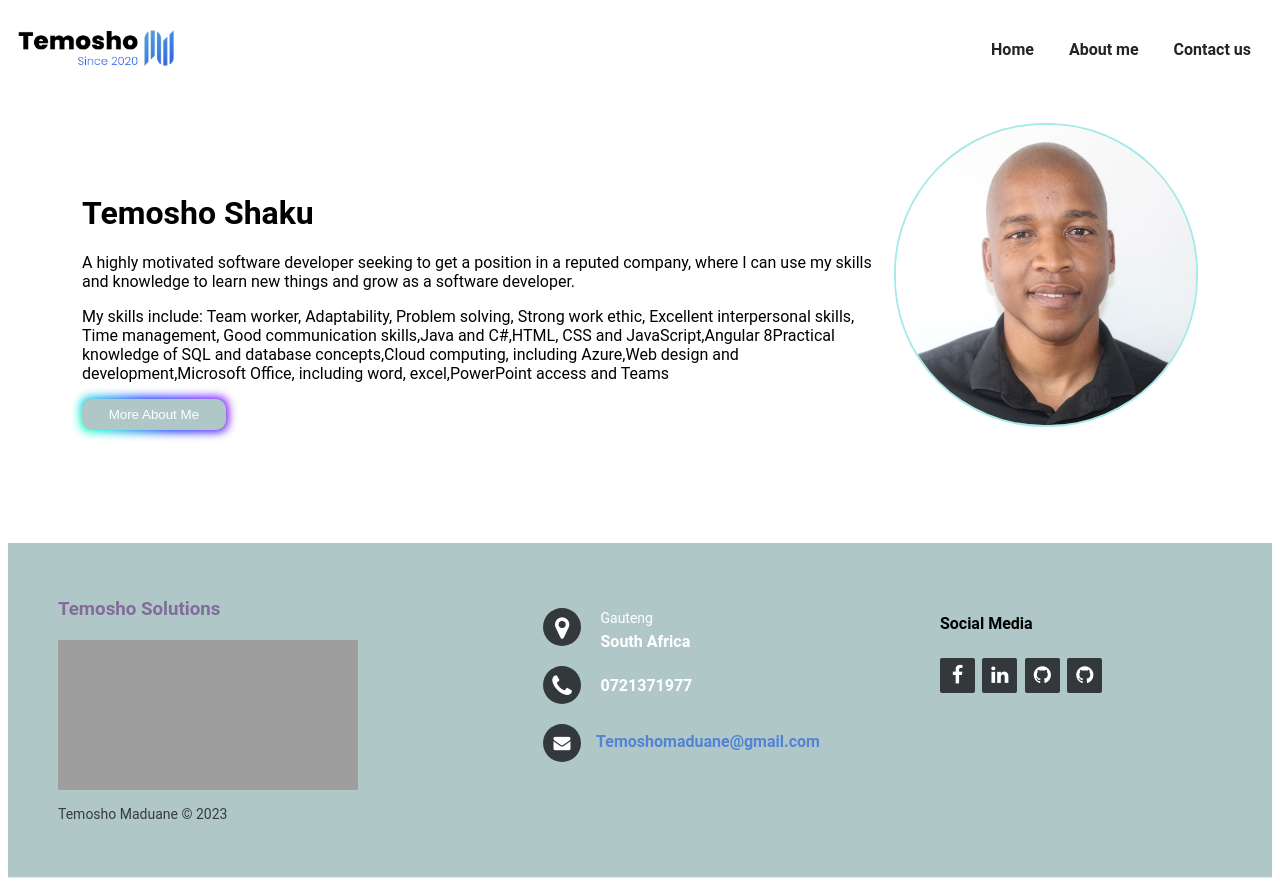
Repository: TemoshoS/T-Shaku
Page: index.html
These files come from the project's save history. The page is drawn as it stood at one moment and after the next save; the edit follows.
The browser window is 1280 px wide. The pictures show the whole page.
Pictures or frames that could not be fetched are drawn as grey boxes. Some web libraries are served in a nearby version.

Above is the page before, as saved 2023-09-28 14:41:25.

After the next save:
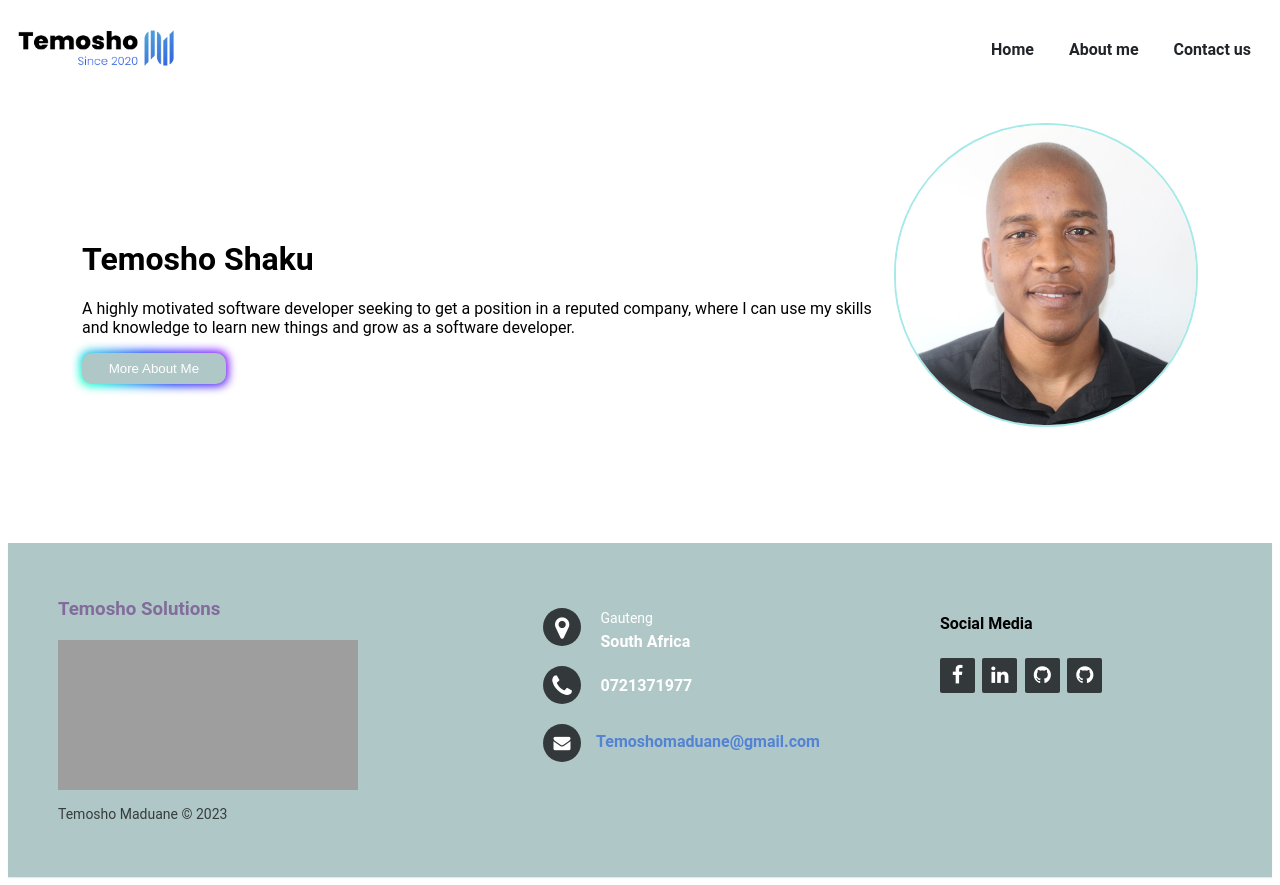
Saved 2 min 50 s later.
--- a/javascript/index.js
+++ b/javascript/index.js
@@ -3,7 +3,7 @@ document.getElementById("name").innerHTML = "Temosho Shaku";
 
 document.getElementById("para").innerHTML = "A highly motivated software developer seeking to get a position in a reputed company, where I can use my skills and knowledge to learn new things and grow as a software developer.";
 
-document.getElementById("para1").innerHTML = "My skills include: Team worker, Adaptability, Problem solving, Strong work ethic, Excellent interpersonal skills, Time management, Good communication skills,Java and C#,HTML, CSS and JavaScript,Angular 8Practical knowledge of SQL and database concepts,Cloud computing, including Azure,Web design and development,Microsoft Office, including word, excel,PowerPoint access and Teams";
+
 
 function toggleMenu() {
     var navLinks = document.querySelector('.nav-links');
